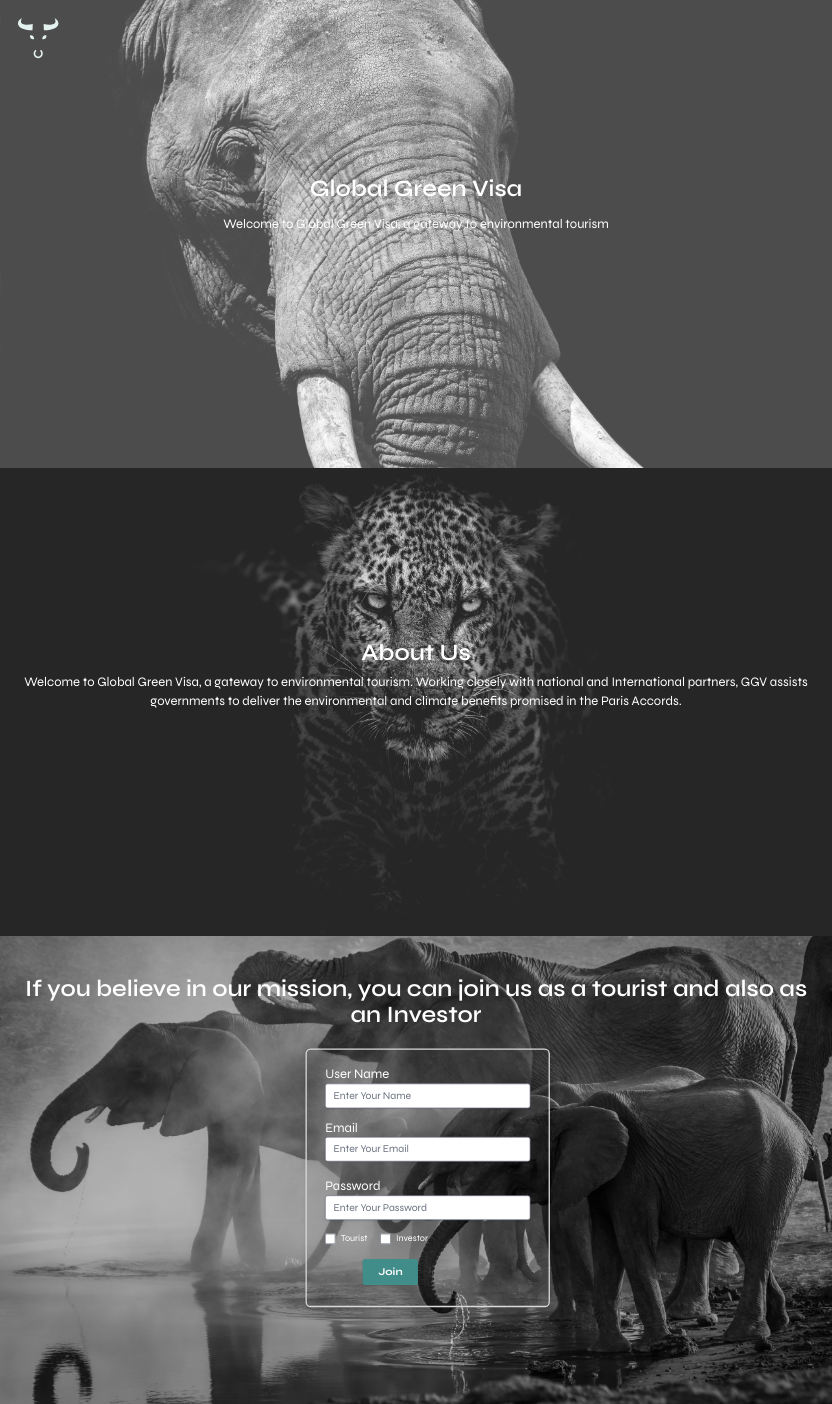
Repository: BrightonMboya/ggv-landingPage
Page: /
These files come from the project's save history. The page is drawn as it stood at one moment and after the next save; the edit follows.
The browser window is 1280 px wide. The pictures show the whole page, at 65% of full size.
The project was rebuilt for these pictures with package versions that can differ from the ones it lists, and the page was loaded fresh each time. The framework's server and built-in components were replaced by stand-ins that run in the browser. Also part of the build but not shown: next.config.js.

Above is the page before, as saved 2022-06-14 15:12:34.

After the next save:
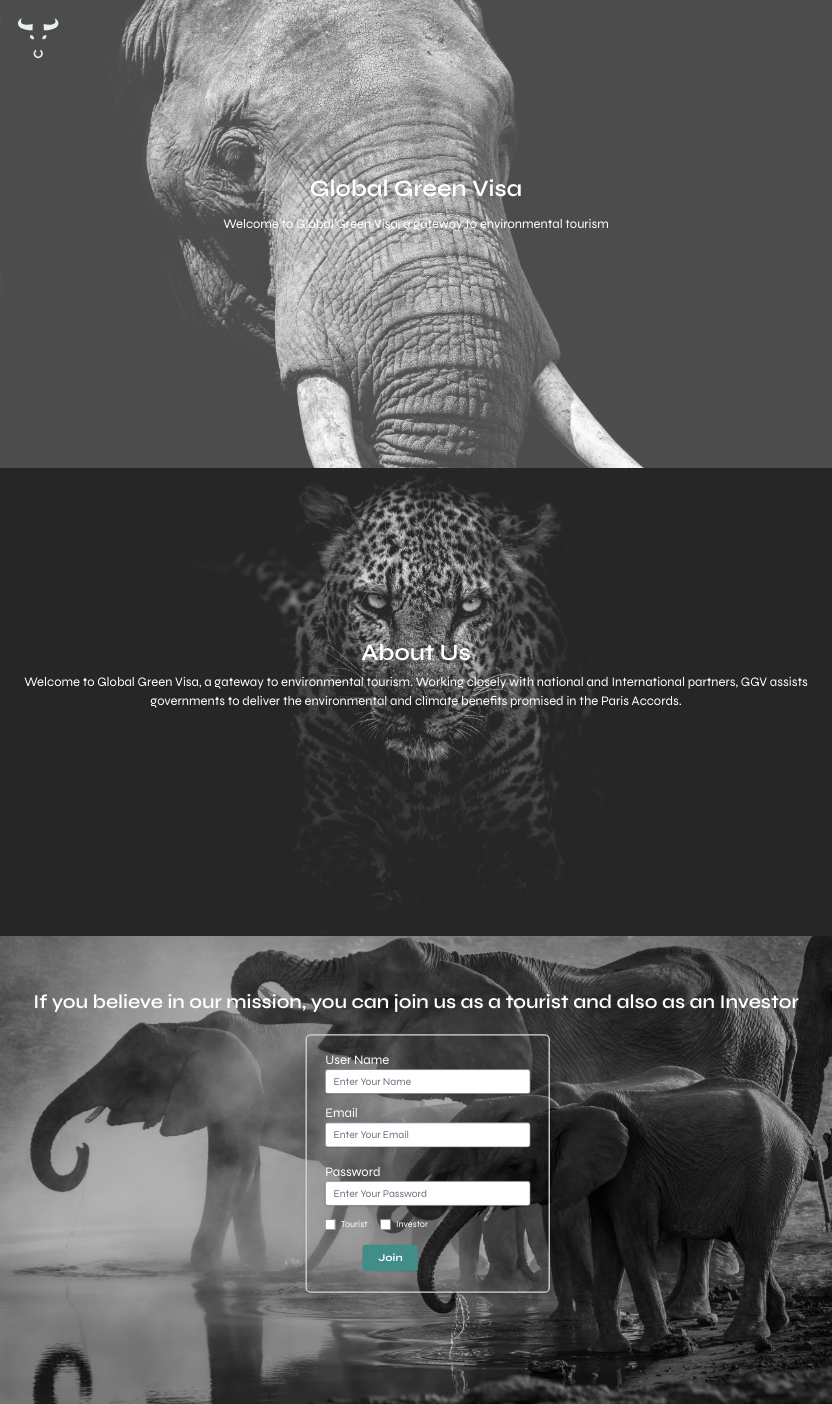
Saved 9 s later.
--- a/pages/Contactus.js
+++ b/pages/Contactus.js
@@ -43,7 +43,7 @@ const Contactus = () => {
         />
         <div className="flex items-center justify-center text-white">
           <div className={styles.content}>
-            <h3 className="text-xl font-semibold md:text-4xl text-center px-5 leading-loose">
+            <h3 className="text-xl font-semibold md:text-3xl text-center px-5 leading-loose">
               If you believe in our mission, you can join us as a tourist and
               also as an Investor
             </h3>
